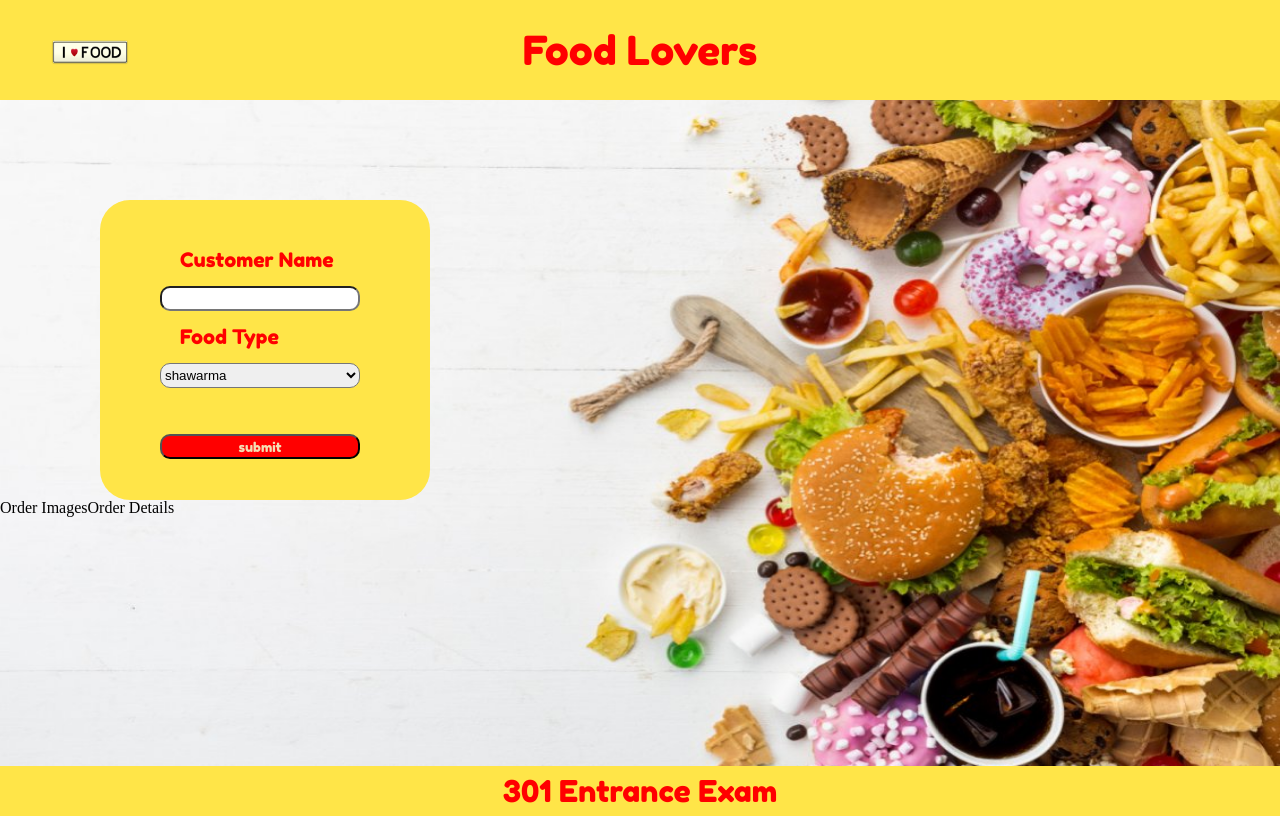
Repository: Razan-am/foodLovers
Page: index.html
The author's editor kept a copy of each file at every save. The page is drawn from the files as they stood at one save, then again after a run of saves.
The browser window is 1280 px wide. The pictures show the whole page.

Above is the page before, as saved 2021-06-01 11:37:24.

After the next 2 saves:
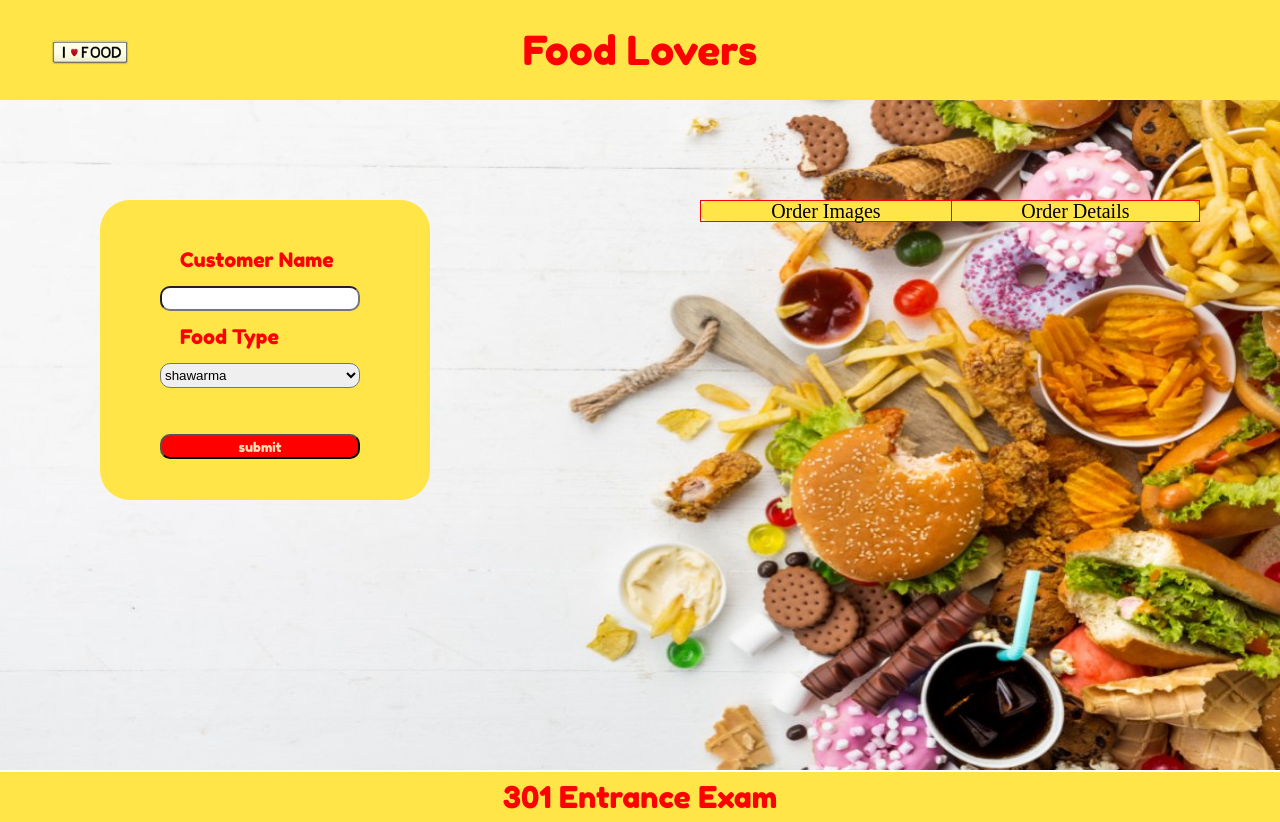
The 2 saves are shown as one change because they came seconds apart.
The last was saved 10 s later.
--- a/css/style.css
+++ b/css/style.css
@@ -21,7 +21,7 @@ header img{
     width: 120px;
     height: 100px;
 }
-main img{
+#main{
     top: 50px;
     position: absolute;
     z-index: -1;
@@ -67,7 +67,7 @@ form input:last-of-type{
     color: wheat;
     font-family: 'Fredoka One', cursive;
 }
-/* table{
+table{
     background-color: rgba(255, 229, 72, 255) ;
     top: -300px;
     position: relative;
@@ -75,20 +75,20 @@ form input:last-of-type{
     width: 500px;
     border-radius: 10px;
 
-} */
-/* table th{
+}
+table th{
     margin-top: 20px;
     margin-left: 30px;
     border: 1px solid red;
     font-size: 20px;
     text-align: center;
 
-} */
-/* table td{
+}
+table td{
 
     border: 1px solid red;
     padding-bottom: 80px;
-} */
+}
 table img{
     width: 90px;
     height: 90px;
